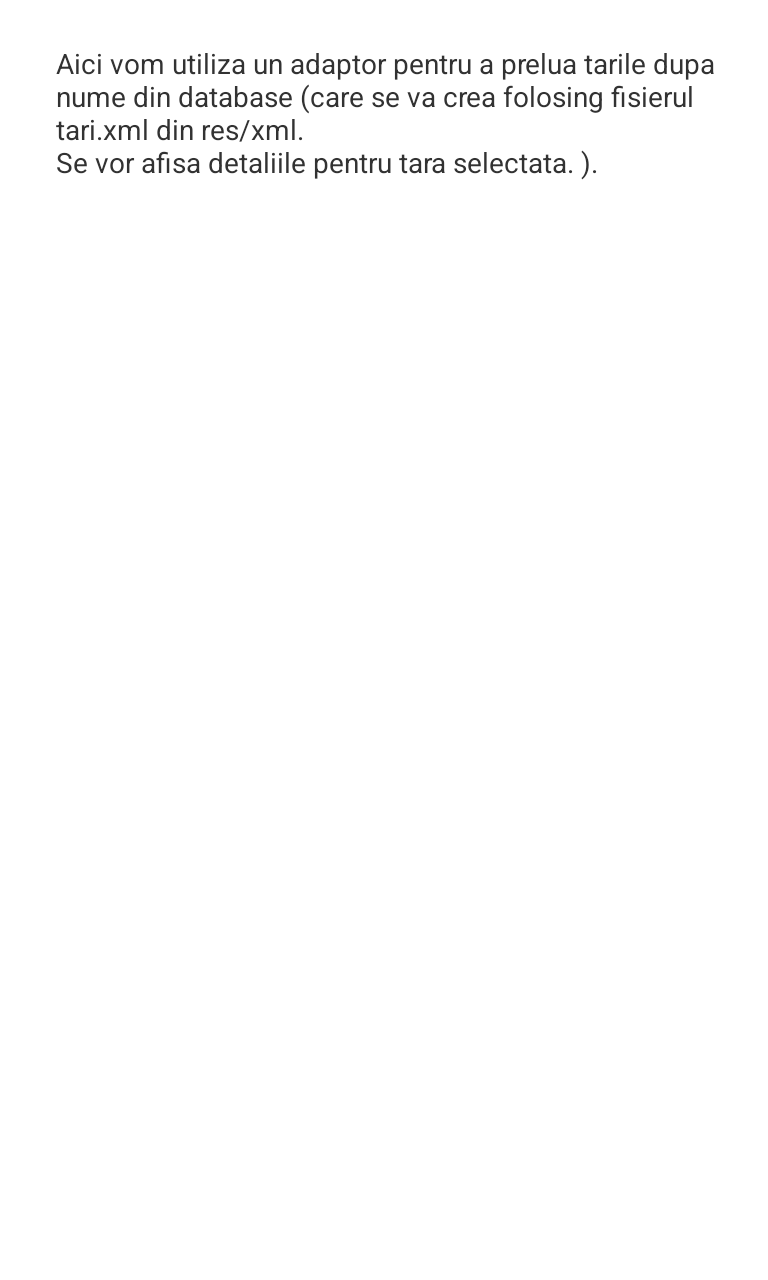
Repository: bogdanelu83/Workspace2
Layout: ip2tara/res/layout/activity_tara.xml
These files come from the project's save history. The layout is drawn as it stood at one moment and after the next save; the edit follows.
It is drawn on a 768 x 1280 px phone screen (xhdpi) without system bars, with theme AppTheme; the app's code is not run.

Above is the layout before, as saved 2014-12-07 23:17:42.

After the next save:
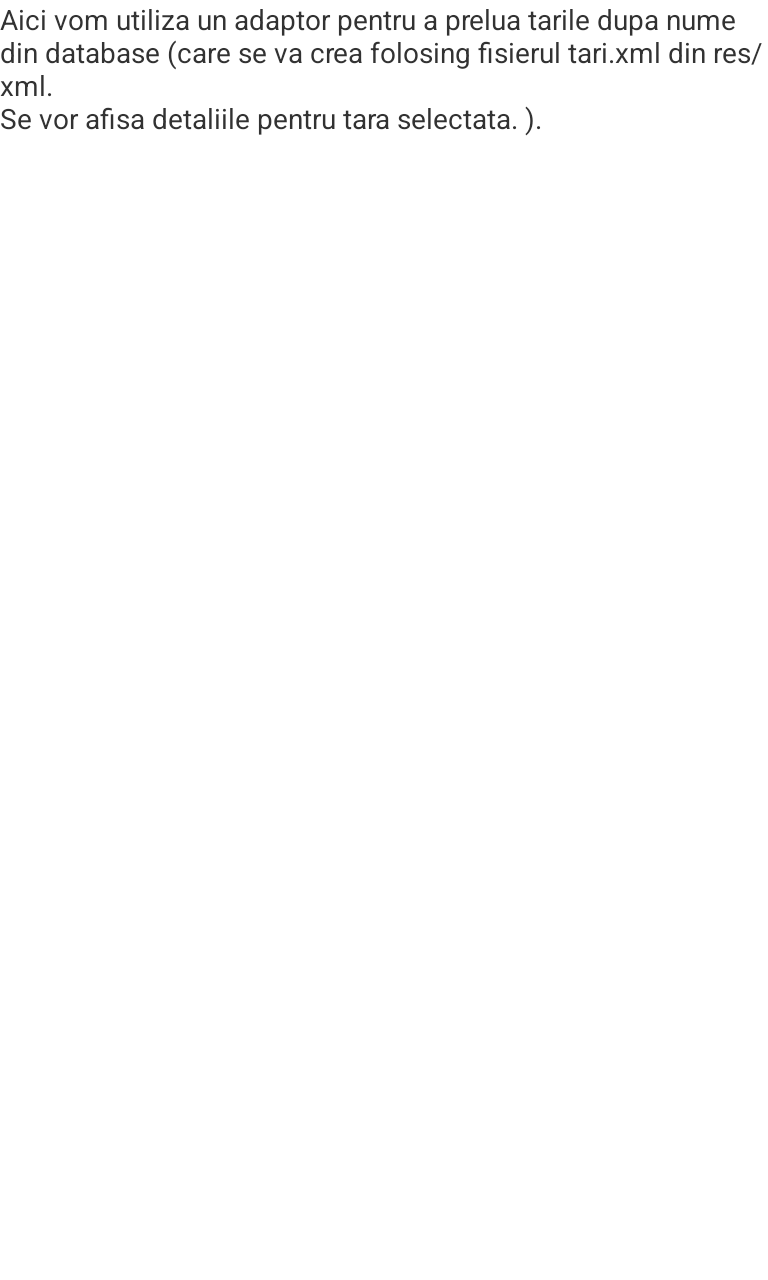
Saved 7 s later.
--- a/ip2tara/res/layout/activity_tara.xml
+++ b/ip2tara/res/layout/activity_tara.xml
@@ -9,8 +9,7 @@ tools:context=".TaraActivity" >
         android:layout_width="wrap_content"
         android:layout_height="wrap_content"
 
-        android:layout_marginLeft="28dp"
-        android:layout_marginTop="22dp"
+
         android:text="@string/tari_text" />
 
 </RelativeLayout>
